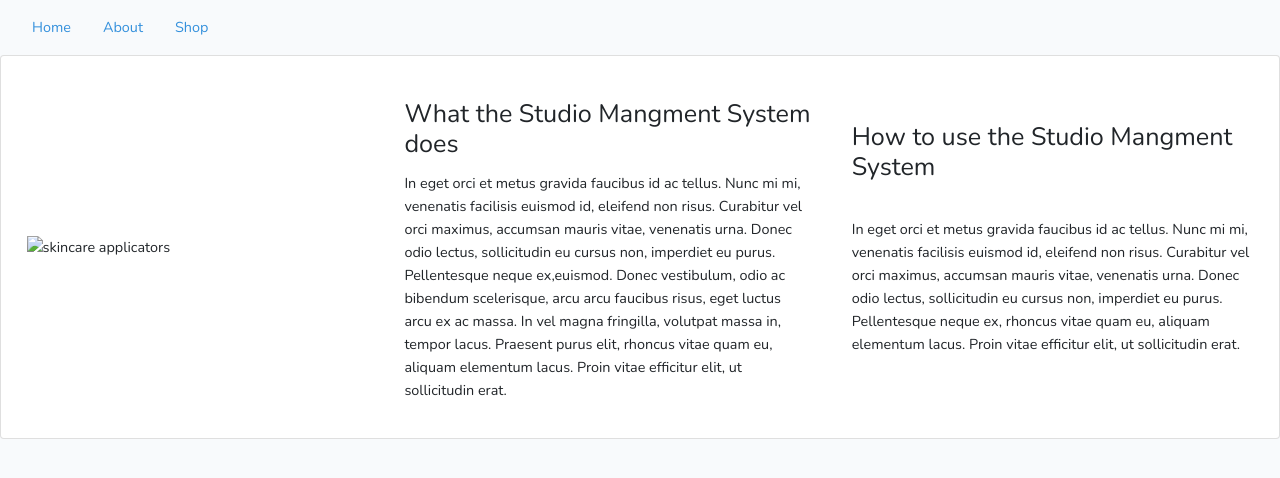
Repository: littae2/simplicite
Page: http://localhost/
These files come from the project's save history. The page is drawn as it stood at one moment and after a run of saves; the edit follows.
The browser window is 1280 px wide. The pictures show the whole page.
Some web libraries are served in a nearby version. The page is served by the project's Laravel application, run on PHP 8.4 with Laravel 8.

Above is the page before, as saved 2021-08-13 14:26:15.

After the next 2 saves:
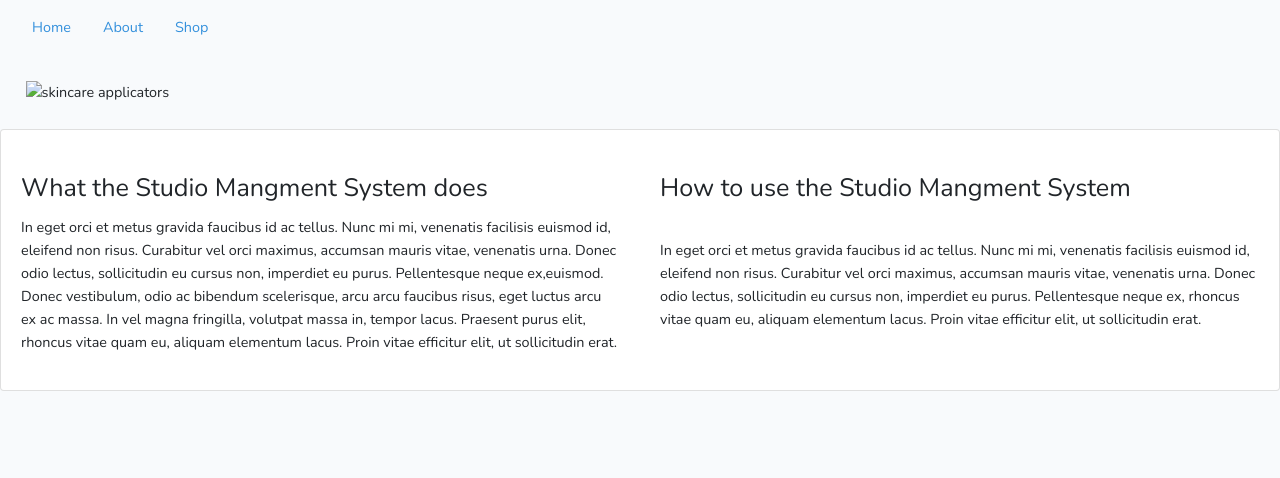
The 2 saves are shown as one change because they came seconds apart.
The last was saved 64 s later.
--- a/Project/resources/views/home/index.blade.php
+++ b/Project/resources/views/home/index.blade.php
@@ -2,7 +2,7 @@
 @section('title', 'Welcome')
 @section('content')
 <div class="pageContent">
-
+<img src="{{url('img/product2.jpg')}}" alt="skincare applicators" class="headerImg">
 <!-- @if(Auth::check())
 <div> you are logged in </div>
 @else
@@ -10,7 +10,7 @@
 @endif -->
 
   <div class="card d-flex flex-row justify-content-between align-items-center w-90 home">
-  <img src="{{url('img/product2.jpg')}}" alt="skincare applicators" class="headerImg">
+
     <div class="card-body w-25 ">
 
       <br>
